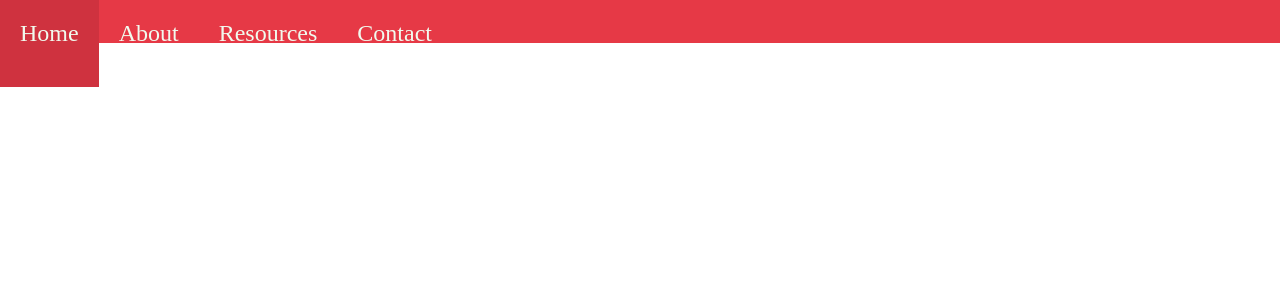
Repository: rdass1/COM421-FinalProject
Page: Website/index.html
An editor plug-in stored every save of this project. The page is shown before and after the next save, followed by the edit.
The browser window is 1280 px wide. The pictures show the whole page.

Above is the page before, as saved 2021-05-11 23:07:39.

### Website/index.html
<!DOCTYPE html>
<html>
    <head>
        <meta charset="UTF-8">
        <meta name="description" content="Take It To the Streets is a non-profit organization that helps people find information on how to fight their tickets. ">
        <meta name="author" content="Group 2">
        <meta name="viewport" content="width=device-width, initial-scale=1.0">
        <link rel="stylesheet" type="text/css" href="css/index.css">
        <title>Take It To The Streets</title>
    </head>
    <body class = "container">
        <header class="container-item">
            <div id = "navbar">
                <nav>
                    <ul>
                        <li><a href="#home">Home</a></li>
                        <li><a href="#about">About</a></li>
                        <li><a href="#resources">Resources</a></li>
                        <li><a href="#contact">Contact</a></li>
                    </ul>

                </nav>
            </div>
        </header>
        <div class= "container-item" class="slideshow">

        </div>
    </body>
</html>

### Website/css/index.css
.container{
    margin:0px;
    display:grid;
    grid-template-columns: 1fr;
}

header{
    background-color: #e63946;
    width: 100%;
    height: 6%;
    display: flex;
    justify-content: flex-start;
    margin: 0px;
    padding: 0px;
    position:fixed;
}

#navbar nav{
    display: flex;


}

#navbar ul{
    margin: 0px;
    padding: 0px;
    overflow: hidden;
    list-style: none;
}

#navbar li{
    margin: 0px;
    padding: 20px 20px 40px 20px;
    font-size: 1.5rem;
    float:left;

}

#navbar a{
    display: block;
    color: #f1faee;
    text-decoration: none;
}

#navbar li:hover{
    background-color: #cf323f;
}

After the next save:
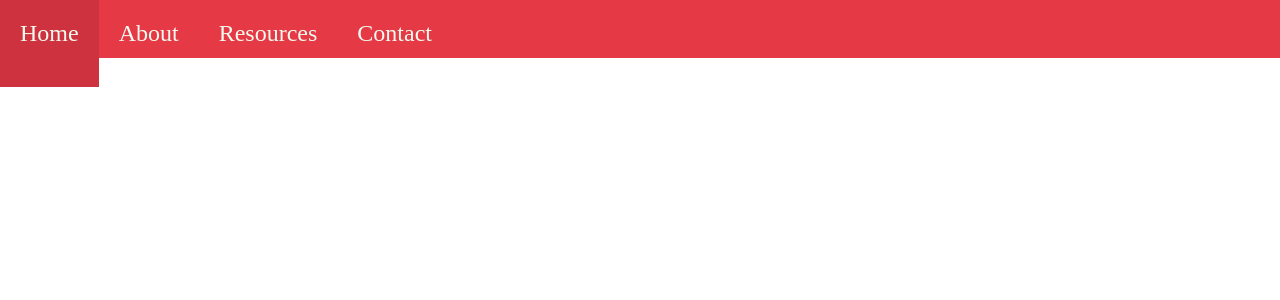
Saved 15 s later.
--- a/Website/css/index.css
+++ b/Website/css/index.css
@@ -7,7 +7,7 @@
 header{
     background-color: #e63946;
     width: 100%;
-    height: 6%;
+    height: 8%;
     display: flex;
     justify-content: flex-start;
     margin: 0px;

After the save that followed:
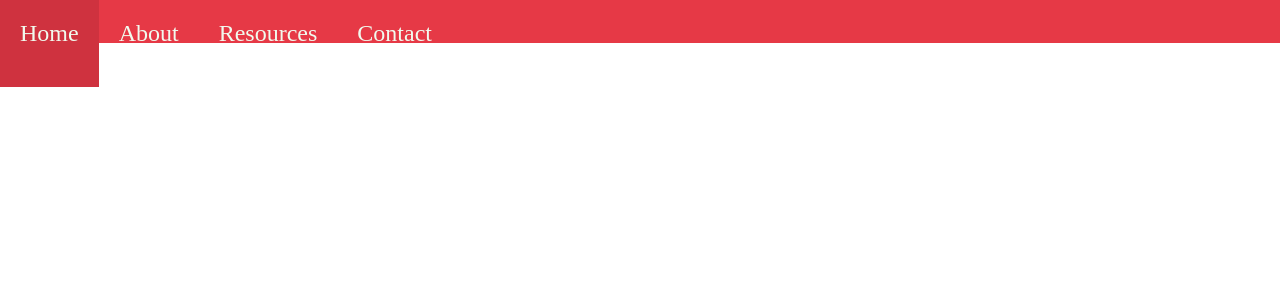
Saved 13 s later.
--- a/Website/css/index.css
+++ b/Website/css/index.css
@@ -7,7 +7,7 @@
 header{
     background-color: #e63946;
     width: 100%;
-    height: 8%;
+    height: 6%;
     display: flex;
     justify-content: flex-start;
     margin: 0px;
